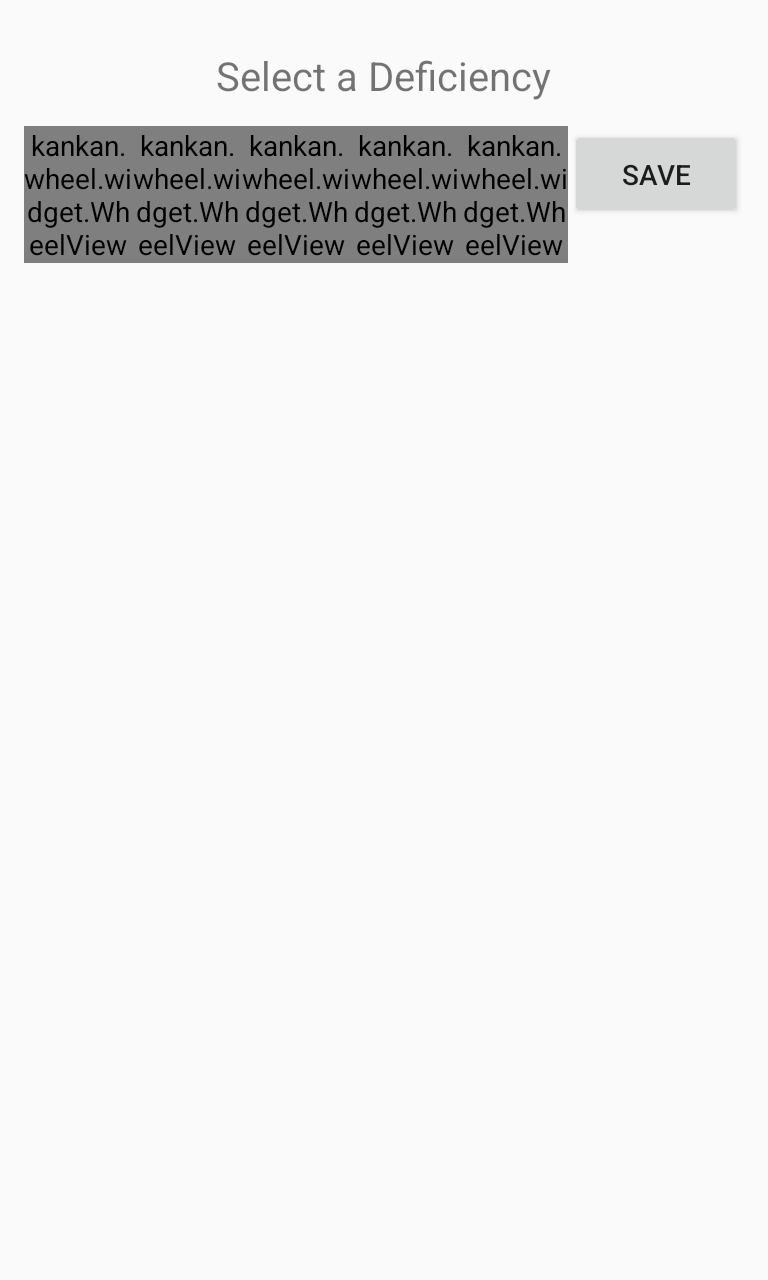
Repository: TheDizzler/shiny-octo-robot
Layout: Qdap/res/layout/fragment_def_wheel.xml
An editor plug-in stored every save of this project. The layout is shown before and after the next save, followed by the edit.
Pictures or frames that could not be fetched are drawn as grey boxes. It is drawn on a 768 x 1280 px phone screen (xhdpi) without system bars, with theme AppTheme; the app's code is not run.

Above is the layout before, as saved 2014-05-16 02:16:04.

### Qdap/res/layout/fragment_def_wheel.xml
<?xml version="1.0" encoding="utf-8"?>
<LinearLayout xmlns:android="http://schemas.android.com/apk/res/android"
    android:layout_width="fill_parent"
    android:layout_height="fill_parent"
    android:orientation="vertical" >

    <TextView
        android:id="@+id/def_wheel_title_textview"
        android:layout_width="wrap_content"
        android:layout_height="wrap_content"
        android:layout_gravity="center_horizontal"
        android:layout_marginTop="24dp"
        android:text="@string/deficiency"
        android:textSize="20sp" />

    <LinearLayout
        android:layout_width="wrap_content"
        android:layout_height="wrap_content"
        android:layout_gravity="center_horizontal"
        android:layout_marginTop="8dp"
        android:orientation="horizontal"
        android:paddingLeft="12dp"
        android:paddingRight="12dp"
        android:paddingTop="4dp" >

        <kankan.wheel.widget.WheelView
            android:id="@+id/specificItem"
            android:layout_width="wrap_content"
            android:layout_height="wrap_content"
            android:layout_gravity="center_vertical"
            android:layout_weight="1" />

        <kankan.wheel.widget.WheelView
            android:id="@+id/item"
            android:layout_width="wrap_content"
            android:layout_height="wrap_content"
            android:layout_gravity="center_vertical"
            android:layout_weight="1" />

        <kankan.wheel.widget.WheelView
            android:id="@+id/verb"
            android:layout_width="wrap_content"
            android:layout_height="wrap_content"
            android:layout_gravity="center_vertical"
            android:layout_weight="1" />

        <kankan.wheel.widget.WheelView
            android:id="@+id/direction"
            android:layout_width="wrap_content"
            android:layout_height="wrap_content"
            android:layout_gravity="center_vertical"
            android:layout_weight="1" />

        <kankan.wheel.widget.WheelView
            android:id="@+id/location"
            android:layout_width="wrap_content"
            android:layout_height="wrap_content"
            android:layout_gravity="center_vertical"
            android:layout_weight="1" />

        <Button
            android:id="@+id/button1"
            android:layout_width="wrap_content"
            android:layout_height="wrap_content"
            android:onClick="save"
            android:text="@string/save" />
    </LinearLayout>

    <TextView
        android:id="@+id/reportid_textview"
        android:layout_width="wrap_content"
        android:layout_height="wrap_content"
        android:layout_gravity="center_horizontal"
        android:layout_marginTop="24dp"
        android:textSize="20sp" />

</LinearLayout>

### Qdap/res/values/strings.xml
<?xml version="1.0" encoding="utf-8"?>
<resources>

    <string name="app_name">Qdap - Quality Dev App</string>
    <string name="title_trade_detail">Trade Detail</string>
    <string name="title_activity_login">Login</string>
    <string name="username">User name: </string>
    <string name="password">Password: </string>
    <string name="project">Project: </string>
    <string name="login">Login</string>
    <string name="notes">Notes</string>
    <string name="checklists">Checklists</string>
    <string name="reports">Reports</string>
    <string name="photo">Photo Gallery</string>
    <string name="deficiency">Select a Deficiency</string>
    <string name="roughins">Rough-Ins</string>
    <string name="finishes">Finishes</string>
    <string name="save">Save</string>
    <string name="action_settings">Settings</string>
    <string name="title_activity_categories">Categories</string>
    <string name="title_activity_floors">Floors</string>
    <string name="title_activity_checklist">Checklist</string>
    <string name="title_activity_expandable_list_fragment">ExpandableListFragment</string>
    <string name="title_activity_floor_fragment">FloorFragment</string>
    <string name="title_activity_deficiency">Deficiency</string>

</resources>

Loaded but not shown: Qdap/res/values/styles.xml (common file); Qdap/res/values-v11/styles.xml (common file); Qdap/res/values-v14/styles.xml (common file)

After the next save:
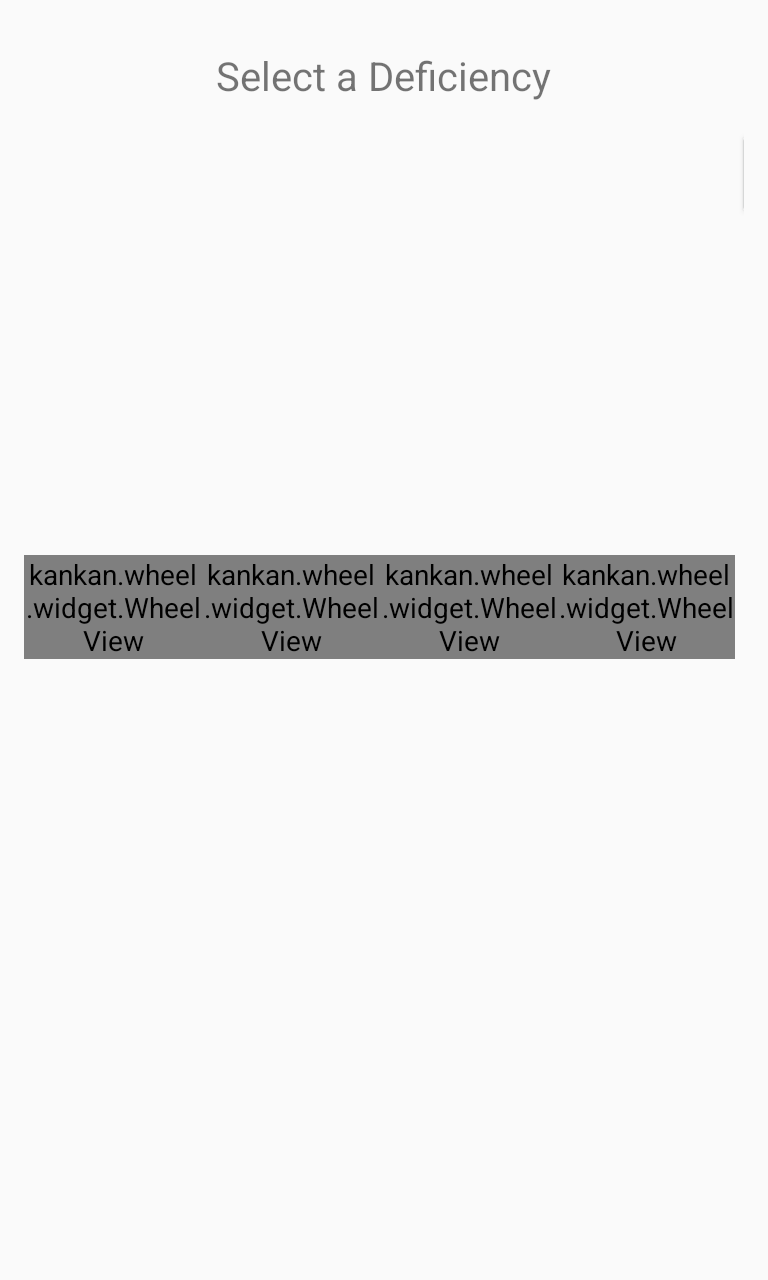
Saved 33 s later.
--- a/Qdap/res/layout/fragment_def_wheel.xml
+++ b/Qdap/res/layout/fragment_def_wheel.xml
@@ -53,7 +53,7 @@
 
         <kankan.wheel.widget.WheelView
             android:id="@+id/location"
-            android:layout_width="wrap_content"
+            android:layout_width="30dp"
             android:layout_height="wrap_content"
             android:layout_gravity="center_vertical"
             android:layout_weight="1" />

After the 2 saves that followed:
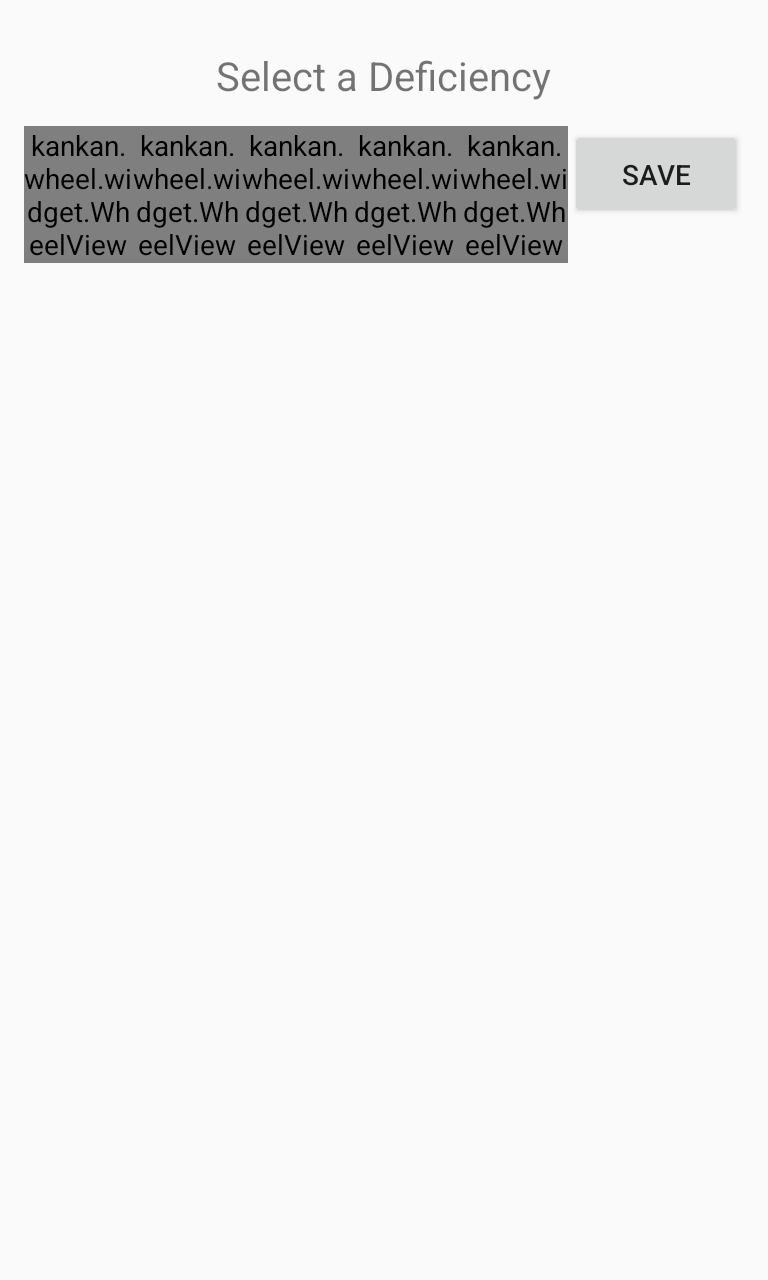
The 2 saves are shown as one change because 1 left the picture as it was.
The last was saved 70 s later.
--- a/Qdap/res/layout/fragment_def_wheel.xml
+++ b/Qdap/res/layout/fragment_def_wheel.xml
@@ -53,7 +53,7 @@
 
         <kankan.wheel.widget.WheelView
             android:id="@+id/location"
-            android:layout_width="30dp"
+            android:layout_width="wrap_content"
             android:layout_height="wrap_content"
             android:layout_gravity="center_vertical"
             android:layout_weight="1" />
